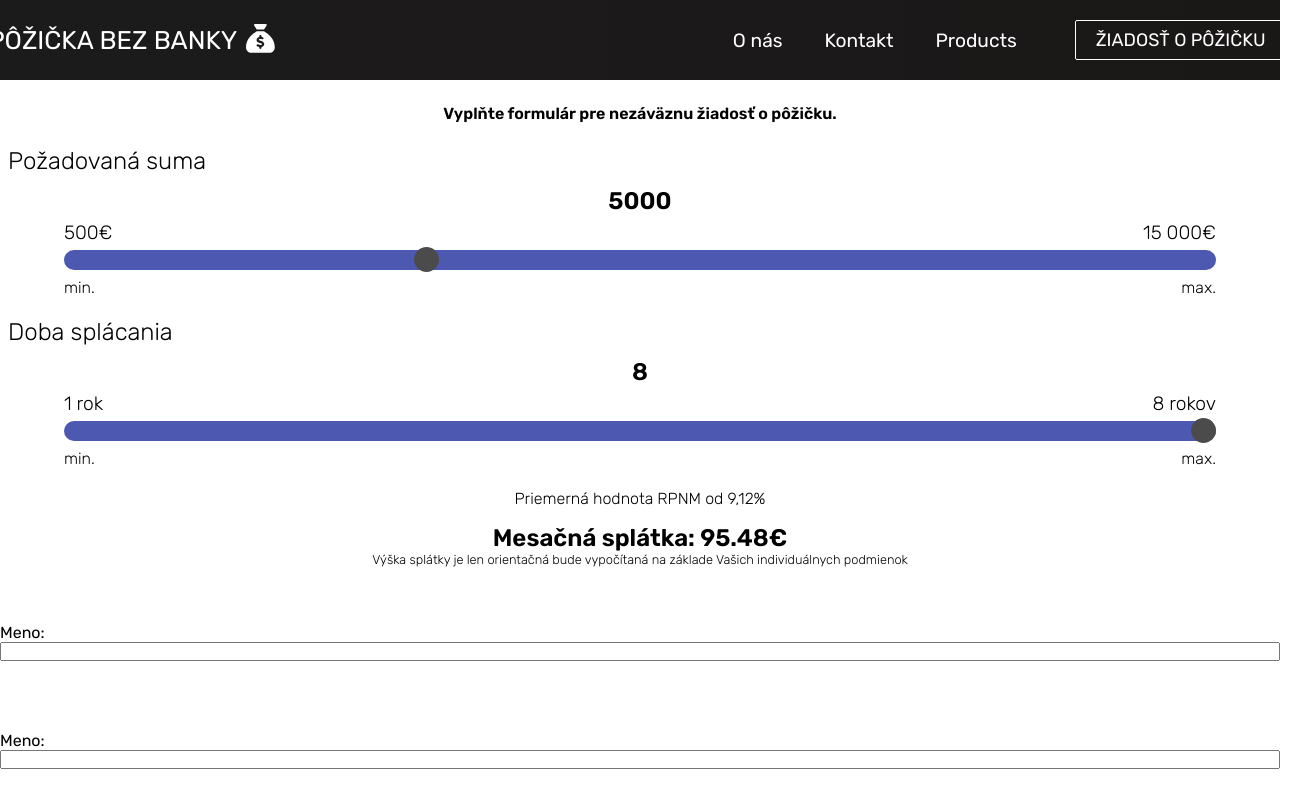
Repository: steve-lgtm/React-website-pozickabezbanky
Page: /ziadost
These files come from the project's save history. The page is drawn as it stood at one moment and after the next save; the edit follows.
The browser window is 1280 px wide. The page is 1305 px wide, so the pictures cover 1305 px, including what lies to the right of the window. The pictures show the whole page.
Some web libraries are served in a nearby version. The project was rebuilt for these pictures with package versions that can differ from the ones it lists, and the page was loaded fresh each time. Also part of the build but not shown: src/components/pages/Home.js, src/components/pages/Kontakt.js, src/components/pages/Products.js.

Above is the page before, as saved 2022-07-09 00:03:02.

After the next save:
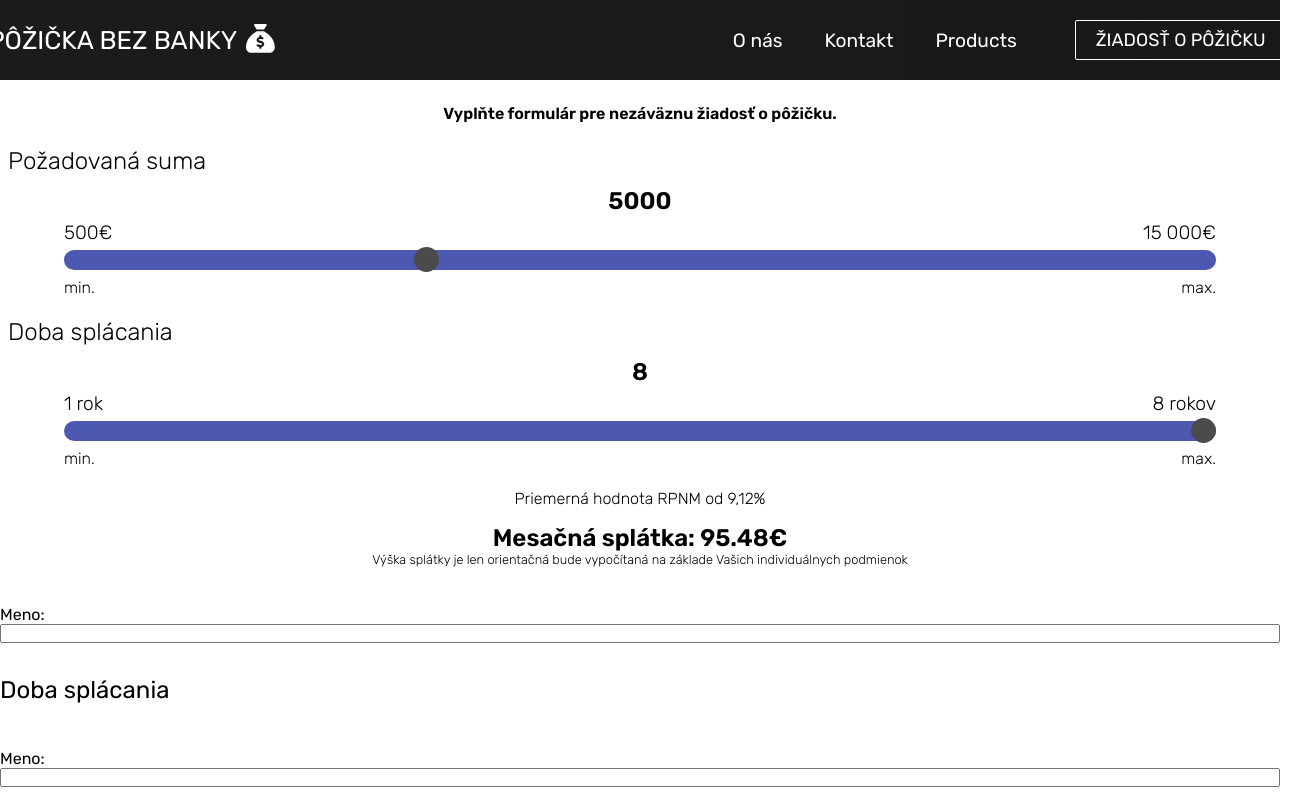
Saved 14 s later.
--- a/src/components/pages/Ziadost.js
+++ b/src/components/pages/Ziadost.js
@@ -112,7 +112,7 @@ export default function Ziadost() {
           <label for="nameElm">Meno:</label>
       <input required type="text" name="Meno" id="nameid" size="15" maxlength="50" oninvalid="alert('Vyplňte meno!');"/>
       </div>
-
+      <div className='section-name'>Doba splácania</div>
       <div className='personal-data-field'>
       <label for="nameElm">Meno:</label>
       <input required type="text" name="Meno" id="nameid" size="15" maxlength="50" oninvalid="alert('Vyplňte meno!');"/>
